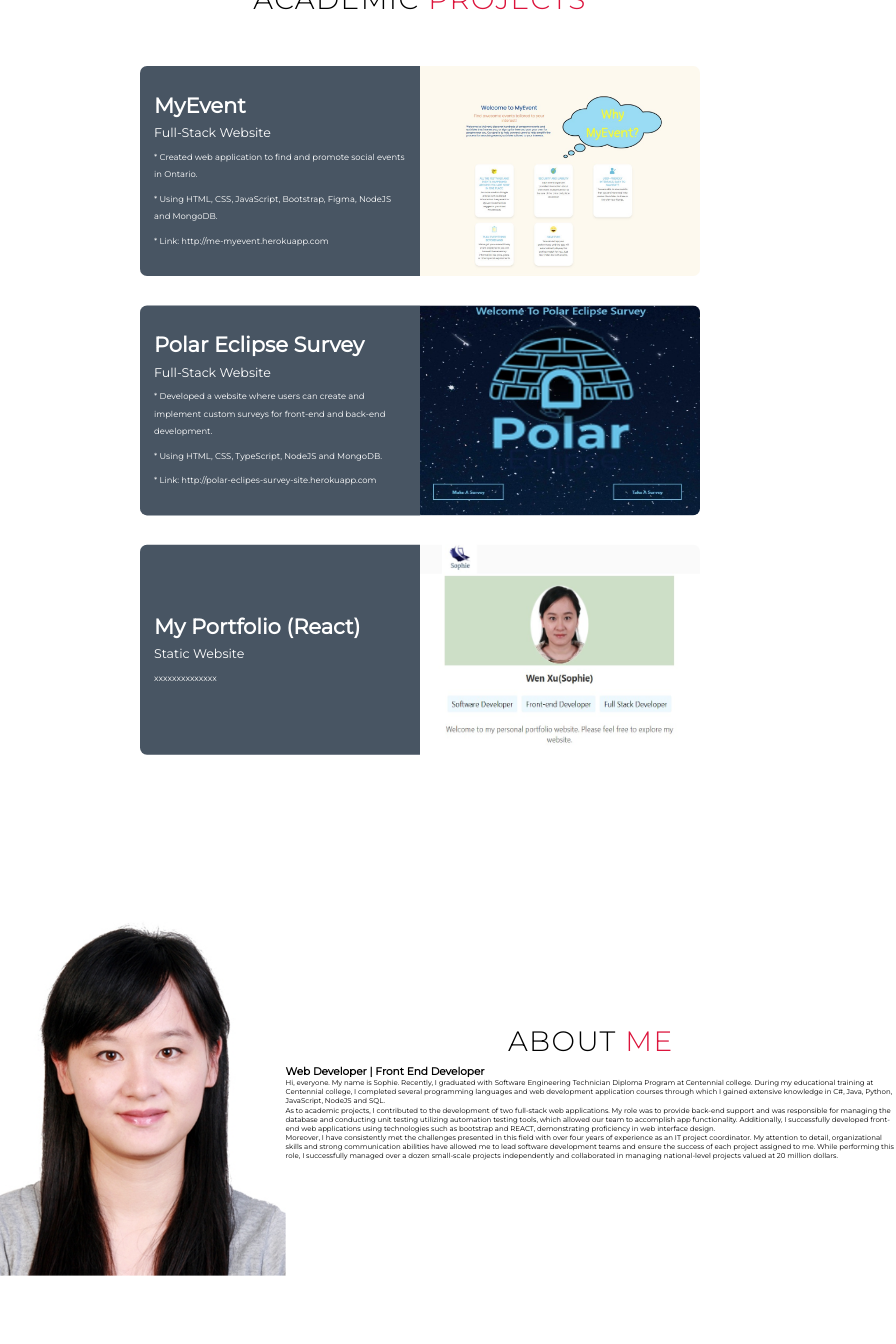
Repository: wenxi0504/StaticWebsite_Profolio
Page: index.html
The author's editor kept a copy of each file at every save. The page is drawn from the files as they stood at one save, then again after the next save.
The browser window is 1280 px wide. The pictures show the part of the page from y = 845 to 2765 px (the page is 2765 px tall), at 70% of full size.

Above is the page before, as saved 2022-03-04 22:15:41.

### index.html
<!DOCTYPE html>
<html lang="en">
  <head>
    <meta charset="UTF-8" />
    <meta http-equiv="X-UA-Compatible" content="IE=edge" />
    <meta name="viewport" content="width=device-width, initial-scale=1.0" />
    <link rel="stylesheet" href="style.css" />
    <title>Portfolio</title>
  </head>
  <body>
    <!-- Introduction Section -->
    <section id="myIntro">
      <div class="myIntro container">
        <div class="card">
          <h1>Hello, everyone <span></span></h1>
          <h1>My name is Sophie <span></span></h1>
          <a href="#" type="button" class="cta">Portfolio</a>
        </div>
      </div>
    </section>
    <!-- End Introduction Section -->
    <!-- Projects Section -->
    <section id="projects">
      <div class="projects container">
        <div class="projects-header">
          <h1 class="section-title">Academic <span>Projects</span></h1>
        </div>
        <div class="all-projects">
          <div class="project-item">
            <div class="project-info">
              <h1>MyEvent</h1>
              <h2>Full-Stack Website</h2>
              <p>* Created web application to find and promote social events in Ontario.</p>
               <p> * Using HTML, CSS, JavaScript, Bootstrap, Figma, NodeJS and MongoDB.</p>
                <p >* Link: <a class="project-link" href="http://me-myevent.herokuapp.com">http://me-myevent.herokuapp.com</a> </p>

            </div>
            <div class="project-img">
              <img src="./images/MyEventCover1.jpg" alt="MyEventImg">
            </div>
          </div>
          <div class="project-item">
            <div class="project-info">
              <h1>Polar Eclipse Survey </h1>
              <h2>Full-Stack Website</h2>
              <p>* Developed a website where users can create and implement custom surveys for front-end and back-end development. </p>
               <p>* Using HTML, CSS, TypeScript, NodeJS and MongoDB.</p>
               <p>* Link: <a class="project-link" href="http://polar-eclipes-survey-site.herokuapp.com">http://polar-eclipes-survey-site.herokuapp.com</a></p>

            </div>
            <div class="project-img">
              <img src="./images/EclipseSurvey.jpg" alt="SurveyImg">
            </div>
          </div>
          <div class="project-item">
            <div class="project-info">
              <h1>My Portfolio (React)</h1>
              <h2>Static Website</h2>
              <p>xxxxxxxxxxxxxx</p>
            </div>
            <div class="project-img">
              <img src="./images/MyPortfolioReact.jpg" alt="MyPortfolioReactImg">
            </div>
          </div>
        </div>
      </div>
    </section>
    <!-- End  Projects Section -->

    <!-- About Me Section -->
    <section id="about">
      <div class="about container">
        <div class="col-left">
          <div class="about-img">
            <img src="./images/3.identical photos_副本.jpg" alt="sophieImg">
          </div>
        </div>
        <div class="col-right">
          <h1 class="section-title">About <span>me</span></h1>
         <h2>Web Developer | Front End Developer</h2>
        <p> Hi, everyone. My name is Sophie. Recently, I graduated with Software Engineering Technician Diploma Program at Centennial college. During my educational training at Centennial college, I completed several programming languages and web development application courses through which I gained extensive knowledge in C#, Java, Python, JavaScript, NodeJS and SQL. </p>
        <P>As to academic projects, I contributed to the development of two full-stack web applications. My role was to provide back-end support and was responsible for managing the database and conducting unit testing utilizing automation testing tools, which allowed our team to accomplish app functionality. Additionally, I successfully developed front-end web applications using technologies such as bootstrap and REACT, demonstrating proficiency in web interface design. </p>
         <p> Moreover, I have consistently met the challenges presented in this field with over four years of experience as an IT project coordinator. My attention to detail, organizational skills and strong communication abilities have allowed me to lead software development teams and ensure the success of each project assigned to me. While performing this role, I successfully managed over a dozen small-scale projects independently and collaborated in managing national-level projects valued at 20 million dollars. </p>

        </div>
      </div>
    </section>
    <!-- End About Me Section -->

  </body>
</html>

### style.css
/* import custom font from GoogleFonts */
@import "https://fonts.googleapis.com/css?family=Montserrat:300, 400, 700&display=swap";
* {
  margin: 0px;
  padding: 0px;
  box-sizing: border-box;
}

html {
  font-size: 10px;
  font-family: "Montserrat", sans-serif;
}

a {
  text-decoration: none;
}

.container {
  min-height: 100vh;
  width: 100%;
  display: flex;
  align-items: center;
  justify-content: center;
}

/* myIntro section */
#myIntro {
  background-image: url(./images/ProfolioBackground.jpg);
  background-size: cover;
  background-position: top center;
  position: relative;
  z-index: 0;

}

/* background blurring */
#myIntro ::after {
  content: '';
  position: absolute;
  left: 0px;
  top: 0px;
  height: 100%;
  width: 100%;
  background-color:black;
  opacity: 10%;
  z-index: -1;
}

/* setup the max-width window */
#myIntro .myIntro{
max-width: 1200px;
margin: 0 auto;
padding: 0 50px;
justify-content: center;
}



#myIntro h1 {
  display: block;
  width: fit-content;
  font-size: 4rem;
  color: white;
  /* animation: text_reveal 0.5s ease forwards;
  animation-delay: 1s; */


}

/* #myIntro h1:nth-child(1){

  animation-delay:1s;
}

#myIntro h1:nth-child(2){

  animation-delay:2s;
}

#myIntro h1 span{
position: absolute;
top:0;
left:0;
height: 100%;
width: 0;
background-color:crimson;
animation: text_reveal_box 1s ease;
animation-delay:0.5s

}

#myIntro h1:nth-child(1) span {
	animation-delay: 0.5s;
}
#myIntro h1:nth-child(2) span {
	animation-delay: 1.5s;
} */

#myIntro .cta {
  display: inline-block;
  padding: 1rem 1rem;
  color: white;
  background-color: transparent;
  border: 2px solid crimson;
  border-radius: 10px;
  font-size: 2rem;
  text-transform: uppercase;
  letter-spacing: 0.1rem;
  margin-top: 30px;
  transition: 0.3s ease;
  transition-property: background-color;
}

#myIntro .cta:hover {
  background-color: crimson;
}

/* end myIntro section */

/* keyframes */
/* @keyframes text_reveal_box {
	50% {
		width: 100%;
		left: 0;
	}
	100% {
		width: 0;
		left: 100%;
	}
}
@keyframes text_reveal {
	100% {
		color: white;
	}
} */

/* Project Section */
.section-title {
	font-size: 4rem;
	font-weight: 300;
	color: black;
	margin-bottom: 10px;
	text-transform: uppercase;
	letter-spacing: 0.2rem;
	text-align: center;
}
.section-title span {
	color: crimson;
}

#projects .projects{
  flex-direction: column;
  max-width: 1200px;
  margin: 0,auto;
  padding: 100px 0;

}

#projects .projects-header h1{
  margin-bottom: 50px;
}

#projects .all-projects{
  display:flex;
  flex-direction: column;
  justify-content: center;
  align-items:center;
}

#projects .project-item{
  display: flex;
  /* flex-direction: column; */
  justify-content: center;
  align-items:center;
  width:100%;
  height:302px;
  margin: 20px auto;
  overflow: hidden;
}

#projects .project-info{
  display: flex;
  flex-direction: column;
  justify-content: center;
  align-items:flex-start;
  padding: 20px;
  flex-basis: 50%;
  width: 400px;
  height: 300px;
  background-image:linear-gradient(60deg,#29323c, 0%, #485563 100%);
  color:white;

  border-top-left-radius: 10px;
  border-bottom-left-radius:10px;
}

#projects .project-info h1 {

	font-size: 3rem;
	font-weight: 800;
}
#projects .project-info h2 {
	font-size: 1.8rem;
	font-weight: 500;
	margin-top: 10px;
}
#projects .project-info p {
	color: white;
  font-size: 1.2rem;
  padding-top: 5px;
  margin-top: 5px;
  line-height: 25px;
}
#projects .project-info .project-link{
  color:white;
}

#projects .project-img {
	flex-basis: 50%;
  width:400px;
	height: 300px;
	overflow: hidden;
	position: relative;
  border-top-right-radius: 10px;
  border-bottom-right-radius:10px;
}

#projects .project-img img{
  width:100%;
  height: 100%;
  transition: 0.3s ease transform;
}

#projects .project-item:hover .project-img img {
	transform: scale(1.1);
}

/* #projects .project-img:after {
	content: '';
	position: absolute;
	left: 0;
	top: 0;
	height: 100%;
	width: 100%;
	background-image: linear-gradient(60deg, #29323c 0%, #485563 100%);
	opacity: 0.7;
}
#projects .project-img img {
	transition: 0.3s ease transform;
}
*/

After the next save:
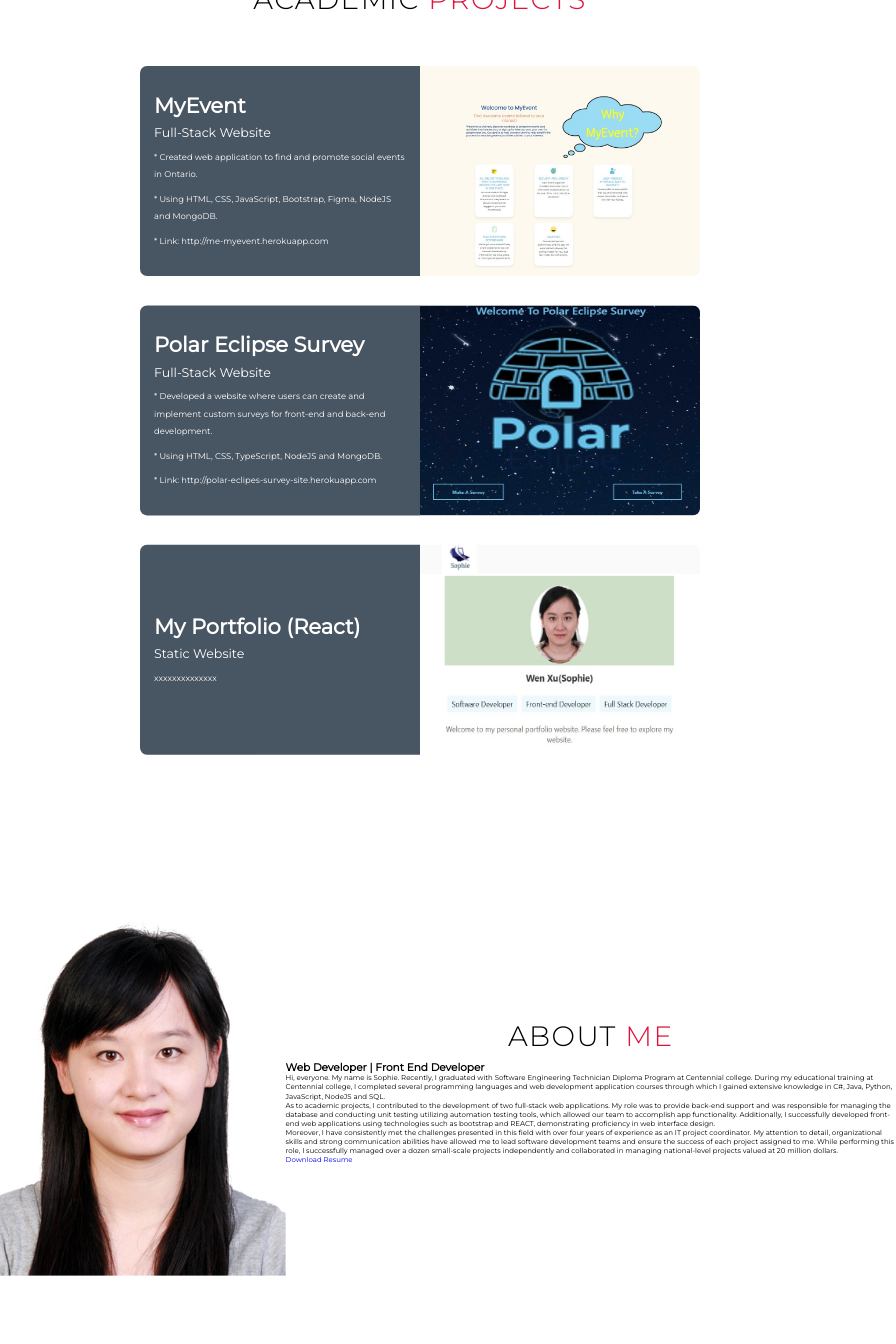
Saved 44 s later.
--- a/index.html
+++ b/index.html
@@ -81,7 +81,7 @@
         <p> Hi, everyone. My name is Sophie. Recently, I graduated with Software Engineering Technician Diploma Program at Centennial college. During my educational training at Centennial college, I completed several programming languages and web development application courses through which I gained extensive knowledge in C#, Java, Python, JavaScript, NodeJS and SQL. </p>
         <P>As to academic projects, I contributed to the development of two full-stack web applications. My role was to provide back-end support and was responsible for managing the database and conducting unit testing utilizing automation testing tools, which allowed our team to accomplish app functionality. Additionally, I successfully developed front-end web applications using technologies such as bootstrap and REACT, demonstrating proficiency in web interface design. </p>
          <p> Moreover, I have consistently met the challenges presented in this field with over four years of experience as an IT project coordinator. My attention to detail, organizational skills and strong communication abilities have allowed me to lead software development teams and ensure the success of each project assigned to me. While performing this role, I successfully managed over a dozen small-scale projects independently and collaborated in managing national-level projects valued at 20 million dollars. </p>
-
+         <a href="#" class="cta">Download Resume</a>
         </div>
       </div>
     </section>
